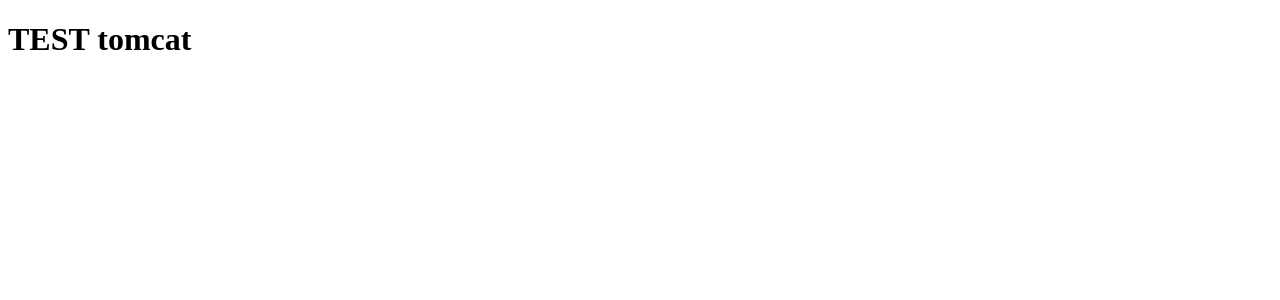
Repository: DavidSpackman/work
Page: workspace/UserManagement2/WebContent/index.html
The author's editor kept a copy of each file at every save. The page is drawn from the files as they stood at one save, then again after the next save.
The browser window is 1280 px wide. The pictures show the whole page.

Above is the page before, as saved 2017-01-27 01:29:38.

### workspace/UserManagement2/WebContent/index.html
<!DOCTYPE html>
<html>
<head>
<meta charset="ISO-8859-1">
<title>Insert title here</title>
</head>
<body>
<h1>TEST tomcat</h1>

</body>
</html>

After the next save:
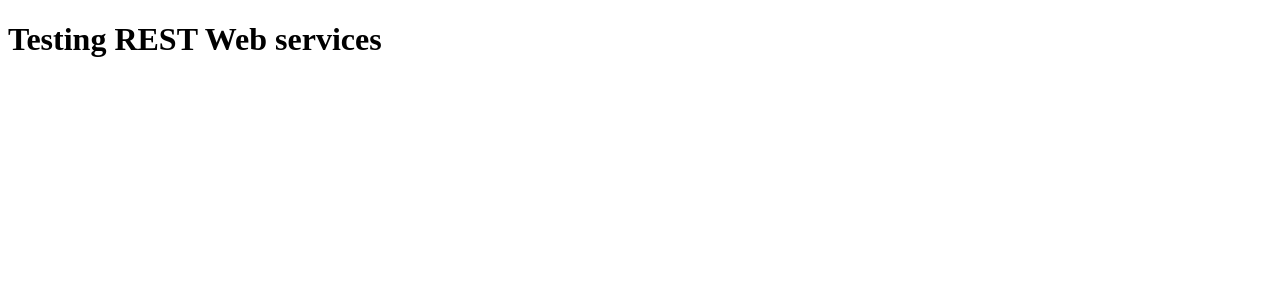
Saved 119 s later.
--- a/workspace/UserManagement2/WebContent/index.html
+++ b/workspace/UserManagement2/WebContent/index.html
@@ -5,7 +5,7 @@
 <title>Insert title here</title>
 </head>
 <body>
-<h1>TEST tomcat</h1>
+<h1>Testing REST Web services</h1>
 
 </body>
 </html>
